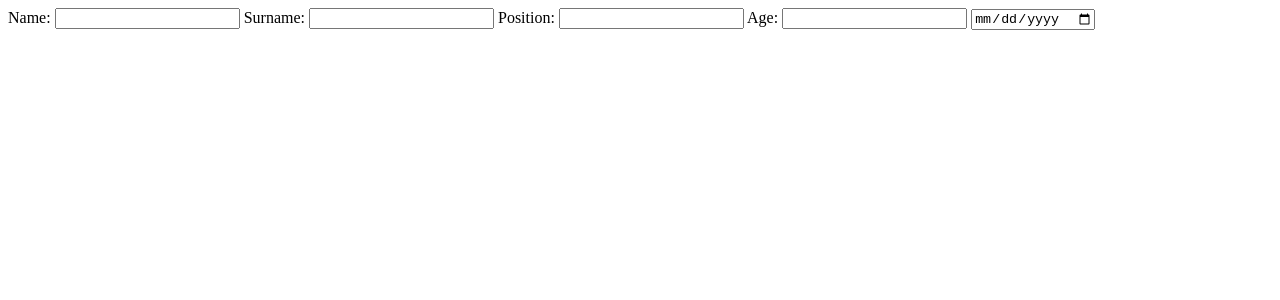
Repository: AytacSafarova/Form-lesson
Page: index.html
The author's editor kept a copy of each file at every save. The page is drawn from the files as they stood at one save, then again after the next save.
The browser window is 1280 px wide. The pictures show the whole page.

Above is the page before, as saved 2023-08-29 14:31:40.

After the next save:
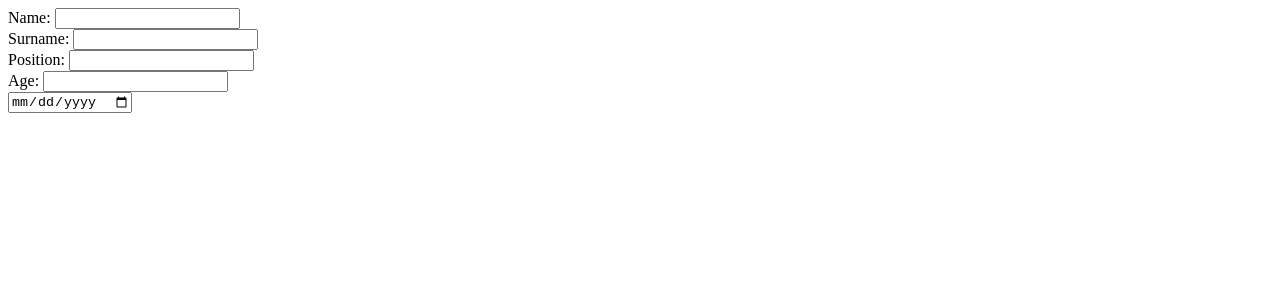
Saved 41 s later.
--- a/index.css
+++ b/index.css
@@ -1,3 +1,3 @@
 label{
-    width: 100%;
+  display: block;
 }

After the 3 saves that followed:
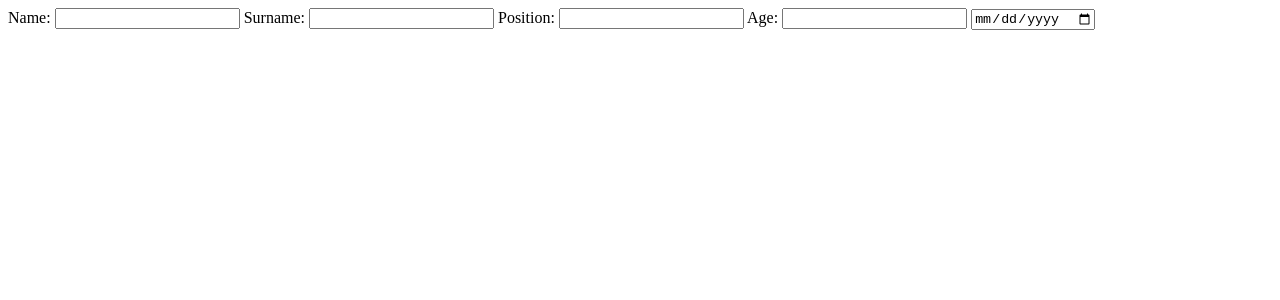
The 3 saves are shown as one change because they came seconds apart.
The last was saved 35 s later.
--- a/index.css
+++ b/index.css
@@ -1,3 +1,3 @@
-label{
-  display: block;
+div{
+    background-color: ;
 }
